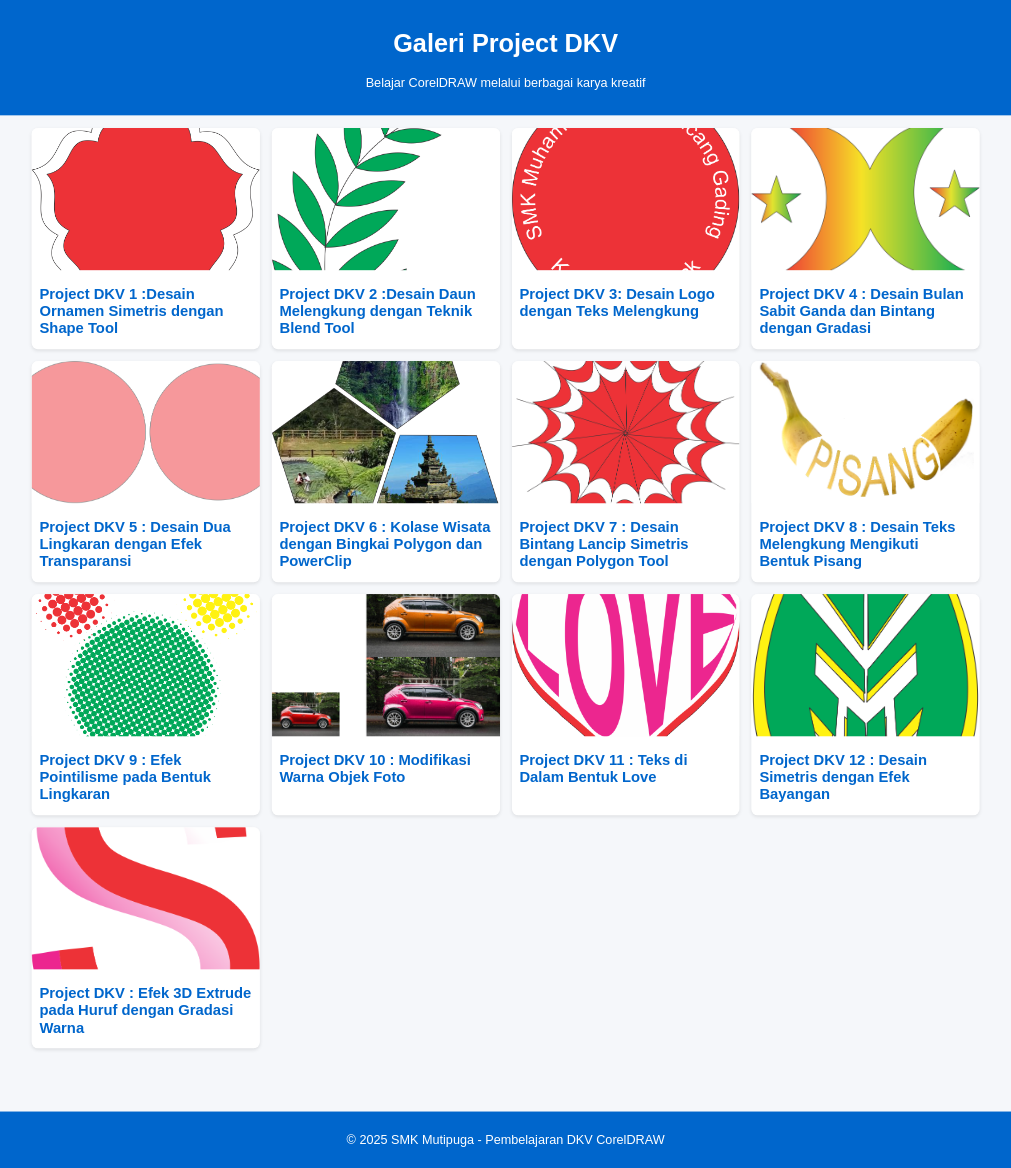
Repository: ppdbsmkmutipuga/galeriprojectdkvsmkmutipuga
Page: index.html
The author's editor kept a copy of each file at every save. The page is drawn from the files as they stood at one save, then again after the next save.
The browser window is 1280 px wide. The pictures show the whole page, at 79% of full size.

Above is the page before, as saved 2025-08-14 05:58:45.
Console error: TypeError: Cannot read properties of null (reading 'addEventListener')

After the next save:
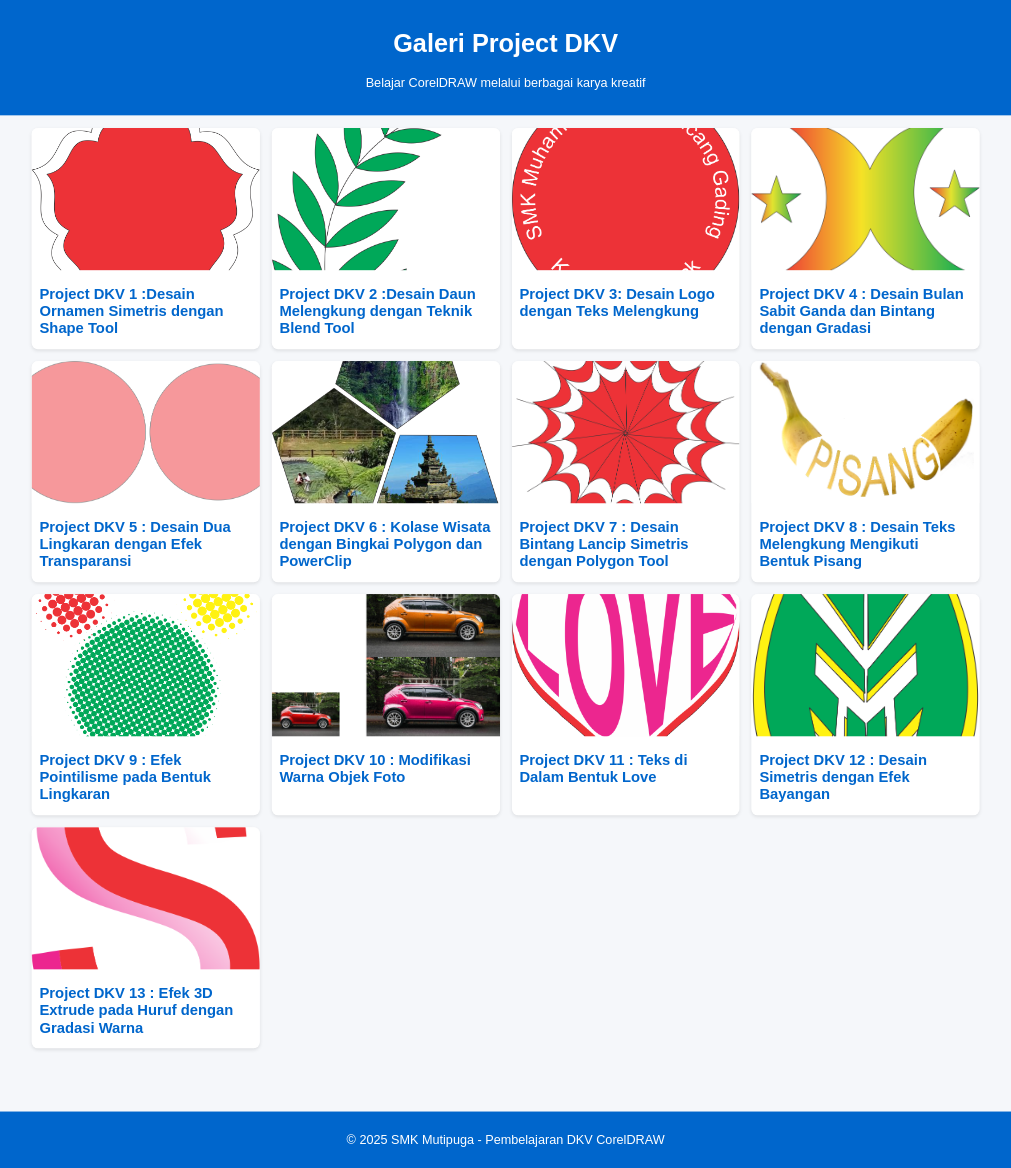
Saved 26 s later.
--- a/script.js
+++ b/script.js
@@ -230,7 +230,7 @@
         ]
     },
     {
-        "title": "Project DKV : Efek 3D Extrude pada Huruf dengan Gradasi Warna",
+        "title": "Project DKV 13 : Efek 3D Extrude pada Huruf dengan Gradasi Warna",
         "image": "images/project13dkv.png",
         "belajar": [
             "Membuat huruf S di CorelDraw",
